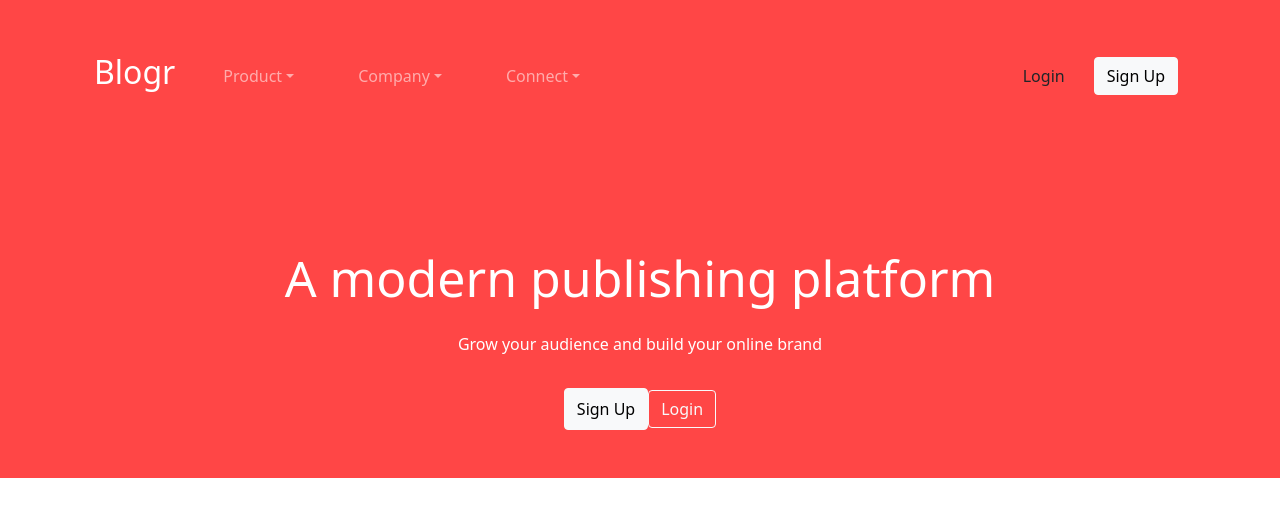
Repository: badhon252/blogr-landing-page
Page: /
An editor plug-in stored every save of this project. The page is shown before and after the next save, followed by the edit.
The browser window is 1280 px wide. The pictures show the whole page.
The project was rebuilt for these pictures with package versions that can differ from the ones it lists, and the page was loaded fresh each time.

Above is the page before, as saved 2022-01-17 23:37:14.

After the next save:
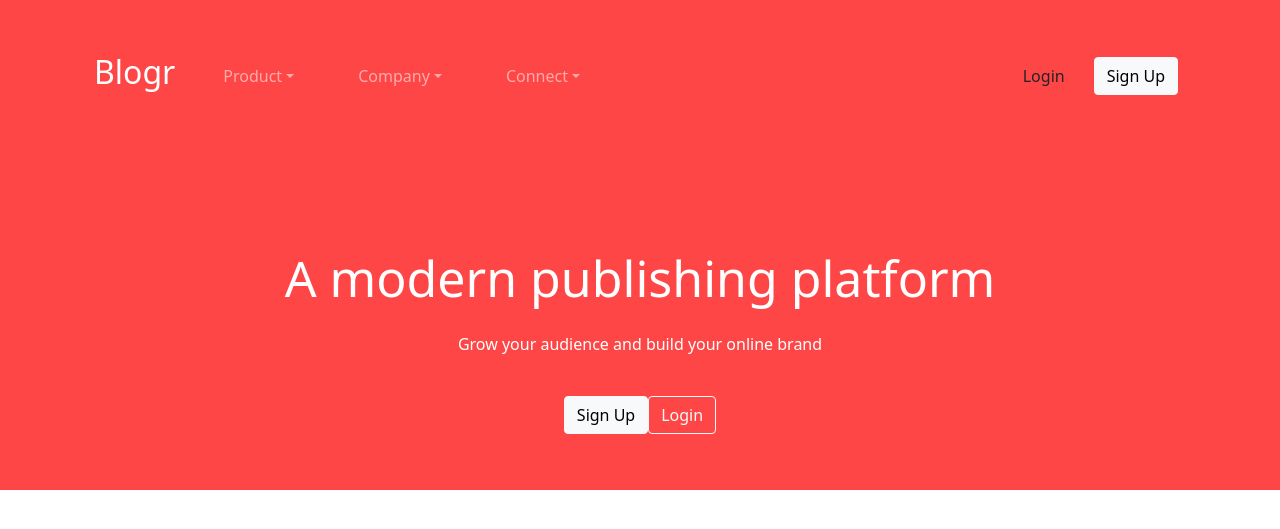
Saved 10 s later.
--- a/src/components/Header/HeaderContent.js
+++ b/src/components/Header/HeaderContent.js
@@ -8,7 +8,7 @@ export default function HeaderContent() {
         <p className="header-p py-3 ">
           Grow your audience and build your online brand
         </p>
-        <button type="button" class="btn btn-light py-2">
+        <button type="button" class="btn btn-light my-2">
           Sign Up
         </button>
         <button type="button" class="btn btn-outline-light">
